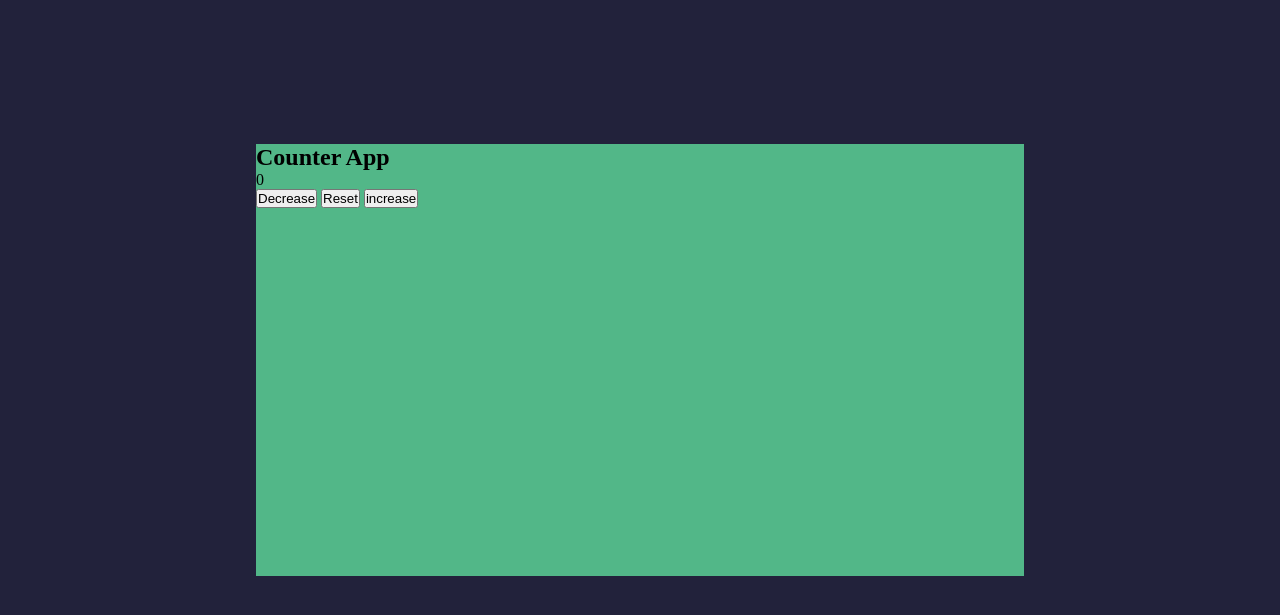
Repository: Yuukicoder/basicProject
Page: project2.html
The author's editor kept a copy of each file at every save. The page is drawn from the files as they stood at one save, then again after the next save.
The browser window is 1280 px wide. The pictures show the whole page.

Above is the page before, as saved 2023-02-24 16:58:02.

After the next save:
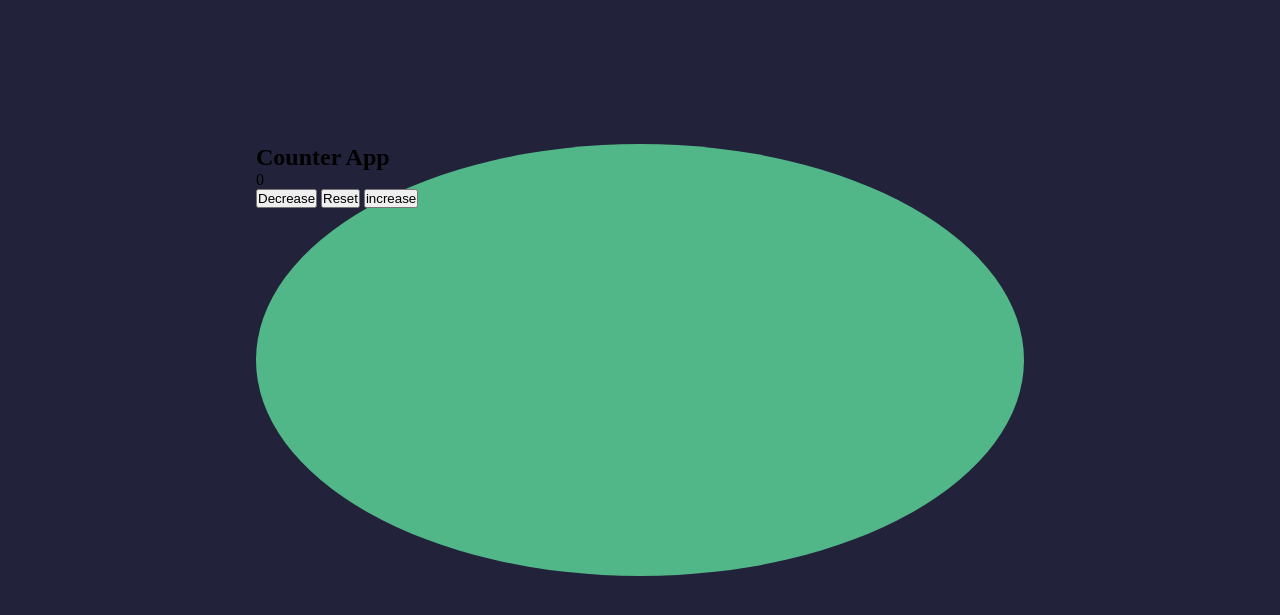
Saved 16 s later.
--- a/assets/css/project2.css
+++ b/assets/css/project2.css
@@ -19,8 +19,5 @@ body {
   /* display: flex;
   align-items: center;
   justify-content: center; */
-  display: block;
-  margin-right: auto;
-  margin-left: auto;
-  border-radius: 50;
+  border-radius: 50%;
 }
